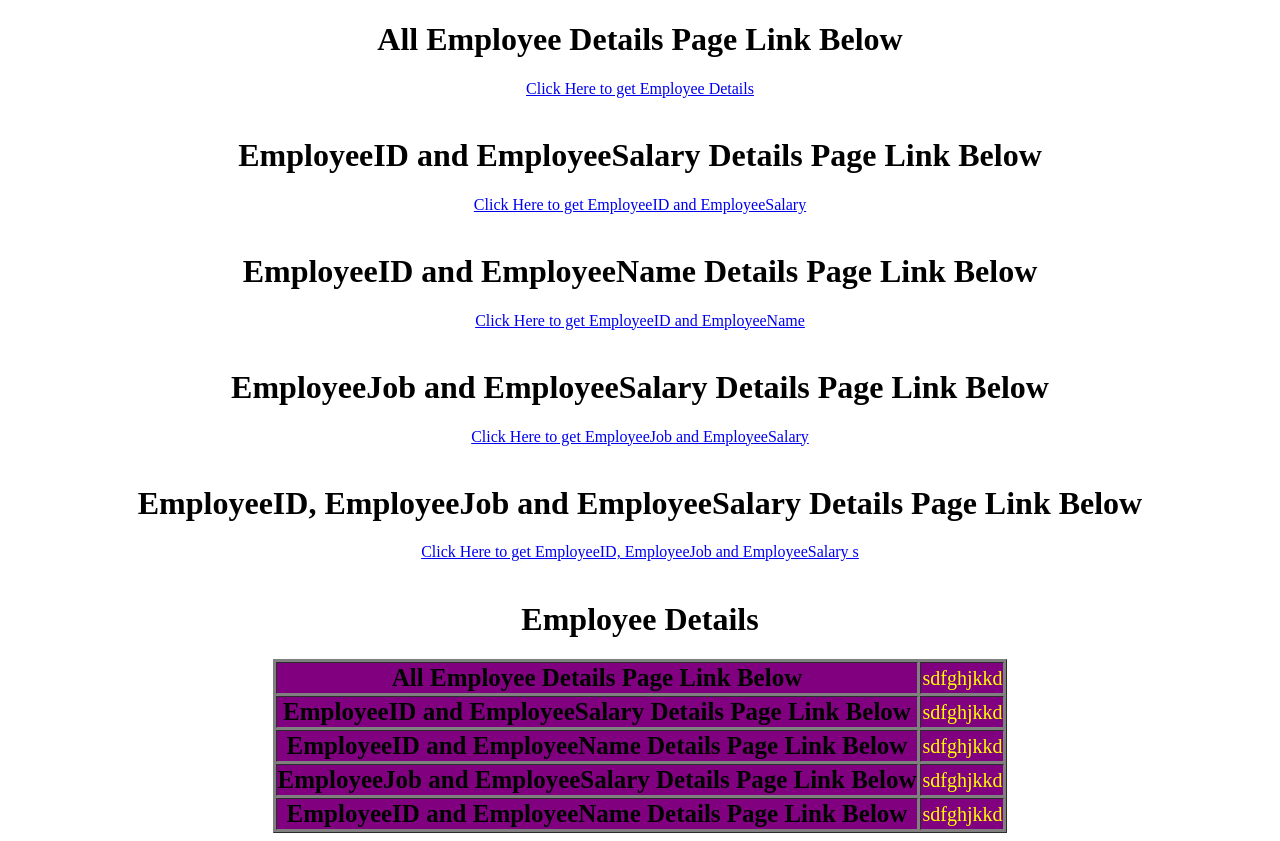
Repository: RhutujaBD/SpringMVCSession
Page: http://localhost/Spring-MVC-JDBCTemplate/WEB-INF/pages/home.jsp
An editor plug-in stored every save of this project. The page is shown before and after the next save, followed by the edit.
The browser window is 1280 px wide. The pictures show the whole page.
The page is served by Tomcat 9. Nobody is signed in. The template is opened directly, without the code that normally fills it, so the values that code supplies are empty.

Above is the page before, as saved 2023-03-29 11:00:20.

After the next save:
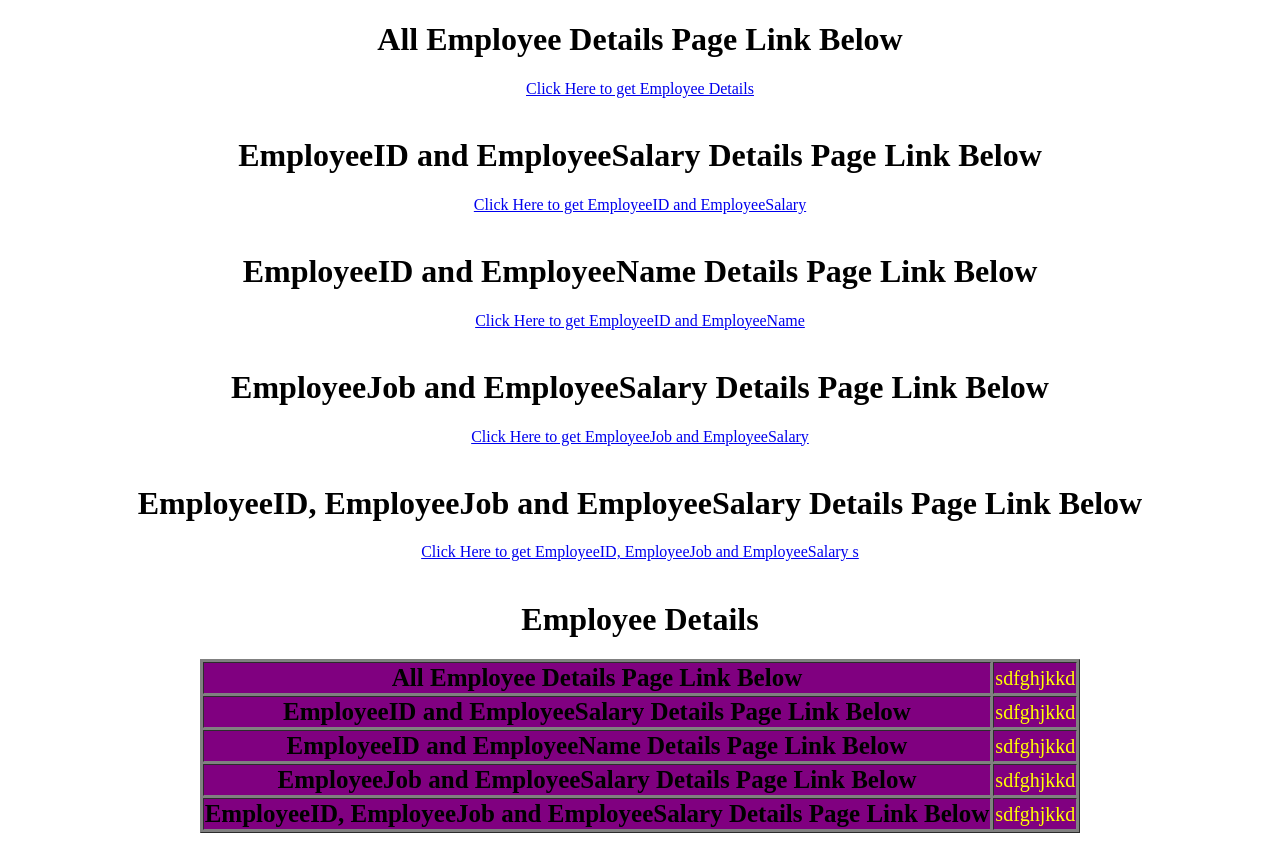
Saved 18 s later.
--- a/Spring-MVC-JDBCTemplate/src/main/webapp/WEB-INF/pages/home.jsp
+++ b/Spring-MVC-JDBCTemplate/src/main/webapp/WEB-INF/pages/home.jsp
@@ -59,7 +59,7 @@
 			<td>sdfghjkkd</td>
 		</tr>
 		<tr bgcolor="purple" bordercolor="black">
-			<th>EmployeeID and  EmployeeName Details Page Link Below</th>
+			<th>EmployeeID, EmployeeJob and EmployeeSalary Details Page Link Below</th>
 			<td>sdfghjkkd</td>
 		</tr>
 	</table>
